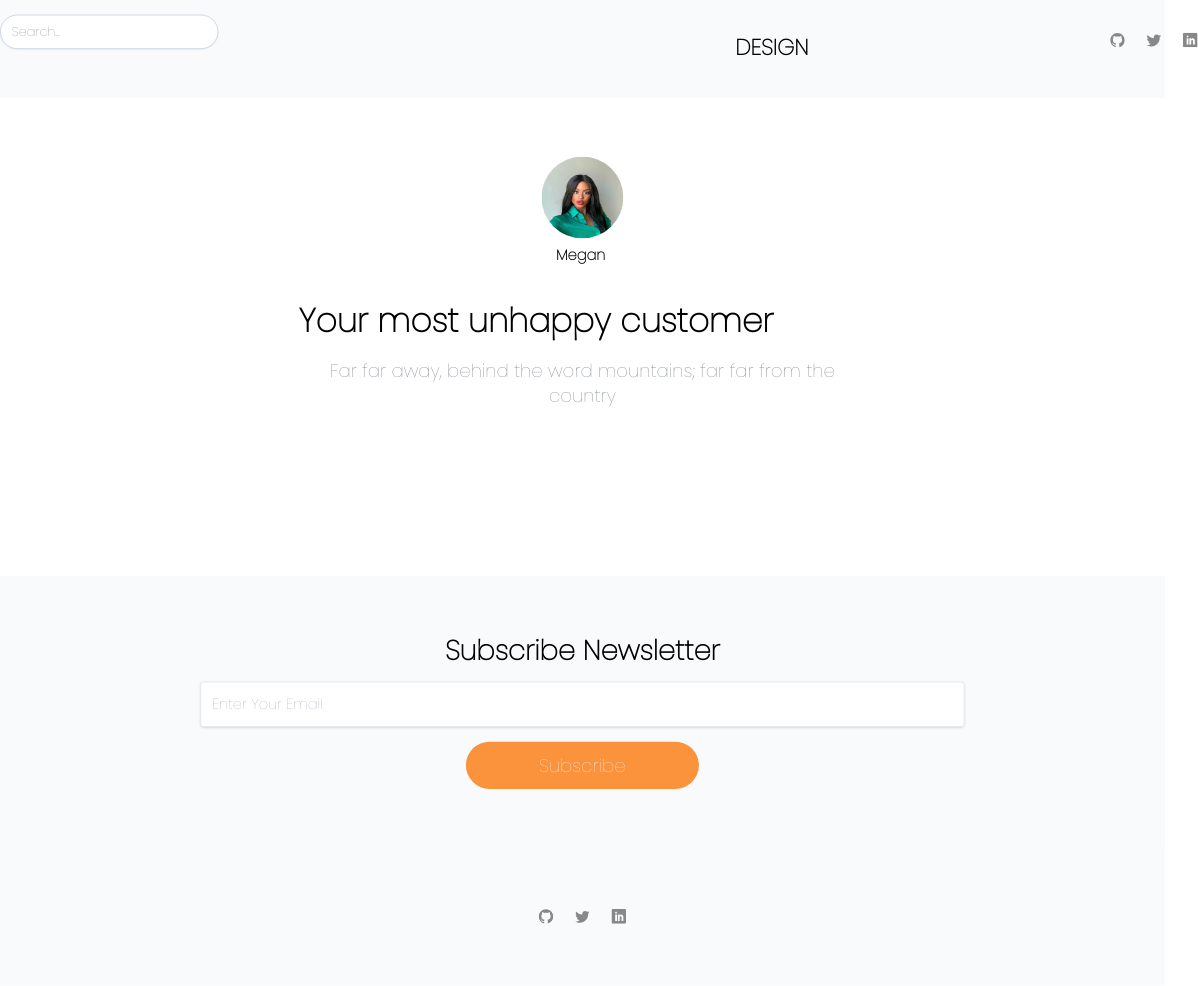
Repository: Megan74/blog5
Page: /posts/page
An editor plug-in stored every save of this project. The page is shown before and after a run of saves, followed by the edit.
The browser window is 1280 px wide. The page is 1316 px wide, so the pictures cover 1316 px, including what lies to the right of the window. The pictures show the whole page, at 91% of full size.
The project was rebuilt for these pictures with package versions that can differ from the ones it lists, and the page was loaded fresh each time. The framework's server and built-in components were replaced by stand-ins that run in the browser. Also part of the build but not shown: next.config.js.

Above is the page before, as saved 2022-07-02 17:57:06.

### pages/posts/page.js
import Format from "../../layout/format";
import Author from "../../components/_child/author";
import Image from "next/image";


export default function Page() {

    return(
        <Format>
            <section className="container mx-auto md:px-2 py-16 w-1/2">
            <div className="flex justify-center">
            <Author></Author>
           </div>

         <div className="post py-10">
            <h1 className="font-bold text-4xl text-cente  pb-5">Your most unhappy customer </h1>

            <p className="text-gray-500 text-xl text-center">Far far away, behind the word mountains; far far from the country</p>
          <div className="py10"></div>

         </div>
         </section>

        </Format>




    )
    }

### styles/globals.css
@import url('https://fonts.googleapis.com/css2?family=Poppins:wght@100&family=Roboto:ital,wght@1,300&display=swap');
@tailwind base;
@tailwind components;
@tailwind utilities;



* > * {
  font-family: 'Poppins', sans-serif;
}

.text-inline{
  @apply mt-1 block w-60 px-3 py-2 bg-white border border-slate-300 rounded-full text-sm shadow-sm placeholder-slate-500;
}

.social{
  display: block;
  background-size: 60px;
  transform: scale(1);
  width: 60px;
  height: 60px;
 }

.social:hover{
  transform: scale(1.2);
  transition: all 0.3s ease-in-out;
}

### layout/format.js
import Head from "next/head";
import Header from "../components/header";
import Footer from "../components/footer";


export default function format ({children}){
return (
      <>

      <Head>
        <title>Blog</title>
      </Head>

    <Header></Header>
    <main> {children}</main>
    <Footer></Footer>
    </>

)

}

### components/_child/author.js
import Image from "next/image";
import Link from "next/link";


export default function author () {
    return(

       <div classname="author flex py-5">
        <Image src={"/images/author/profile.JPG"} width={90} height={90} className="rounded-full"></Image>

        <div className="flex flex-col justify-center px-4">
            <Link href={"/"}><a className="text-md font-bold text-gray italic-font 800 hover:text-gray-600"> Megan</a></Link>

            <span className="text-sm text-gray-500"></span>
        </div>
       </div>
    )
}

### components/header.js
import { ImGithub, ImTwitter , ImLinkedin } from "react-icons/im";
import Link from 'next/link';


export default function header (){
return (
<header className="bg-gray-50">
<div className="xl:container xl:mx-auto flex flex-col item-center sm:flex-row sm:justify-between text-center py-3">
    <div className="md:flex-none w-96 order-2 sm:order-1 flex justify-center py-4 sm:py-0"></div>
<div>
    <input type="text" className="text-inline" placeholder="Search..."/>
</div>
<div className="shrink w-80 sm:order-2">
    <Link href={'/'}>
    <a className="font-bold uppercase mt-6 text-2xl flex flex-justify-center">Design</a>
    </Link>

</div>
<div className= "social mt-6 w-111 h-55 order-3 flex justify-center">
    <div className="flex gap-6">
        <Link href={'https://github.com/Megan74'}>
        <a><ImGithub color="888888"/></a>
        </Link>
        <Link href={'https://twitter.com/techiemeggy'}>
    <a><ImTwitter color="#888888"/></a>
    </Link>
    <Link href={'https://www.linkedin.com/in/megan-mat/'}>
    <a><ImLinkedin color="#888888"/></a>
    </Link>
</div>

</div>
</div>
</header>
)
}

### components/footer.js
import { ImGithub, ImTwitter , ImLinkedin } from "react-icons/im";
import Link from 'next/link';
import Newsletter from "./_child/newsletter";



export default function footer(){
    return(
 <footer className="bg-gray-50">
      <Newsletter></Newsletter>

    <div className="container mx-auto flex justify-center py-12">
      <div className="py-5">
         <div className="flex gap-6 justify-center">
         <Link href={'https://github.com/Megan74'}>
        <a><ImGithub color="888888"/></a>
        </Link>
        <Link href={'https://twitter.com/techiemeggy'}>
    <a><ImTwitter color="#888888"/></a>
    </Link>
    <Link href={'https://www.linkedin.com/in/megan-mat/'}>
    <a><ImLinkedin color="#888888"/></a>
    </Link>
      </div>



      </div>

    </div>


 </footer>
    )
}

### components/_child/newsletter.js

export default function newsletter(){
return(
 <section className="bg-gray-50 mt-20">


  <div className="container mx-auto md:px-20 py-16 text-center">
      <h1 className="font-bold text-3xl">Subscribe Newsletter</h1>
      <div className="py-4">
        <input type="text" className="shadow border rounded w-9/12 py-3 px-3 text-gray-700 focus:outline-none focus:shadow-outline" placeholder="Enter Your Email"></input>
      </div>
   <button className="bg-orange-400 px-20 py-3 rounded-full text-gray-50 text-xl">
     Subscribe
   </button>
  </div>
  </section>
)
}

Loaded but not shown: pages/_app.js (common file); tailwind.config.js (common file)

After the next 3 saves:
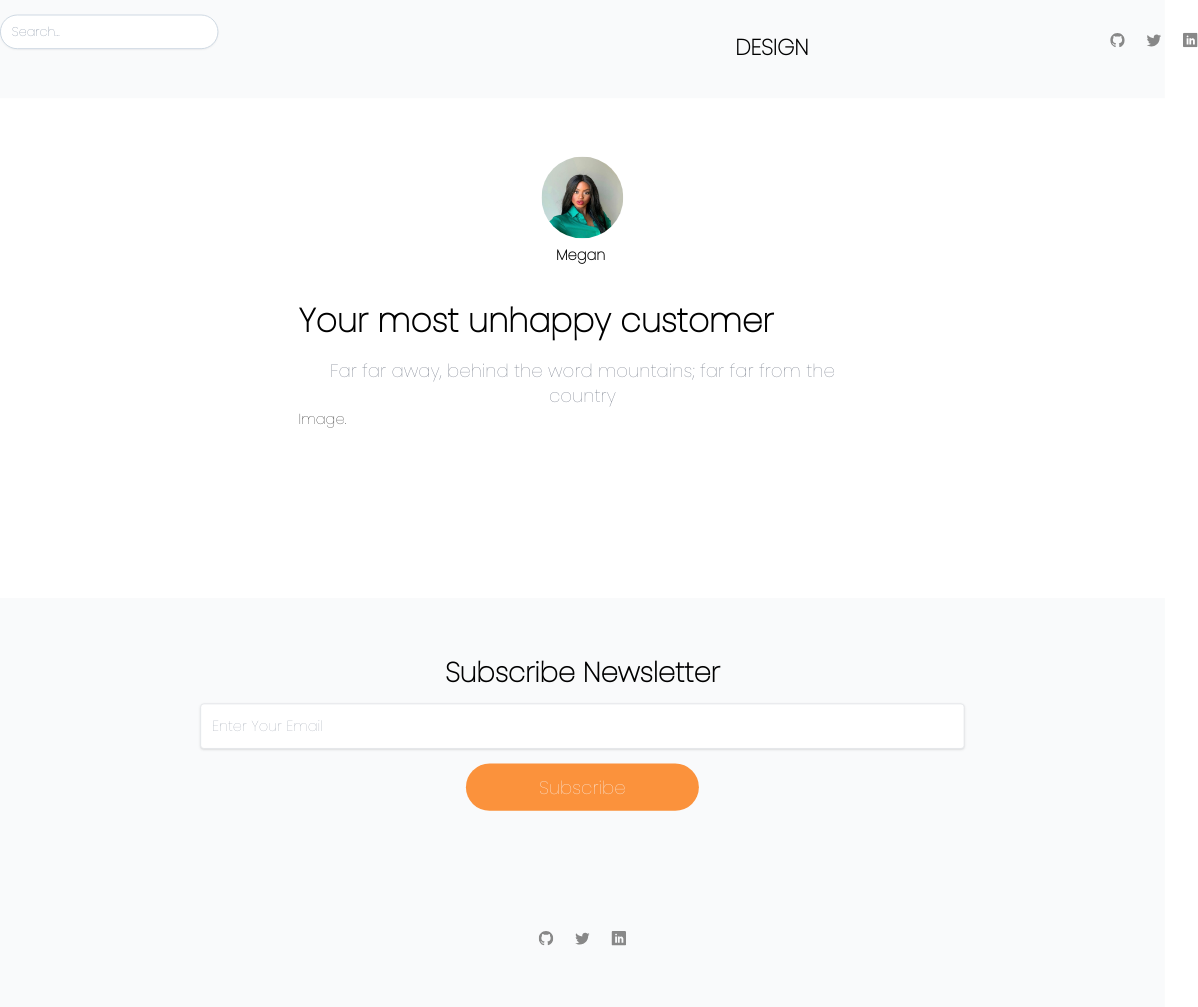
The 3 saves are shown as one change because they came seconds apart.
The last was saved 15 s later.
--- a/pages/posts/page.js
+++ b/pages/posts/page.js
@@ -16,7 +16,9 @@ export default function Page() {
             <h1 className="font-bold text-4xl text-cente  pb-5">Your most unhappy customer </h1>
 
             <p className="text-gray-500 text-xl text-center">Far far away, behind the word mountains; far far from the country</p>
-          <div className="py10"></div>
+          <div className="py10">
+            Image.
+          </div>
 
          </div>
          </section>
